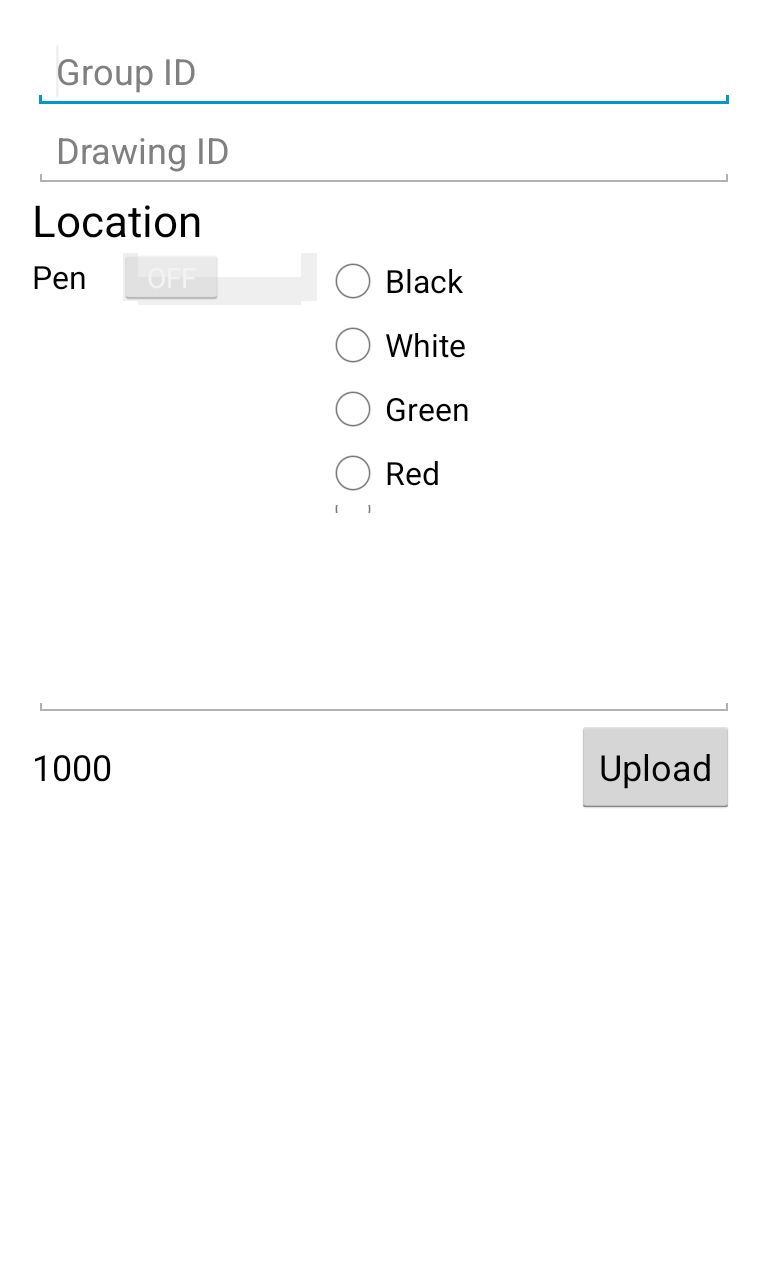
Repository: orsonteodoro/gpsdraw
Layout: gpsdraw/gpsdraw/res/layout/fragment_gpsdraw.xml
The author's editor kept a copy of each file at every save. The layout is drawn from the files as they stood at one save, then again after the next save.
It is drawn on a 768 x 1280 px phone screen (xhdpi) without system bars, with theme AppTheme; the app's code is not run.

Above is the layout before, as saved 2014-05-05 18:15:30.

After the next save:
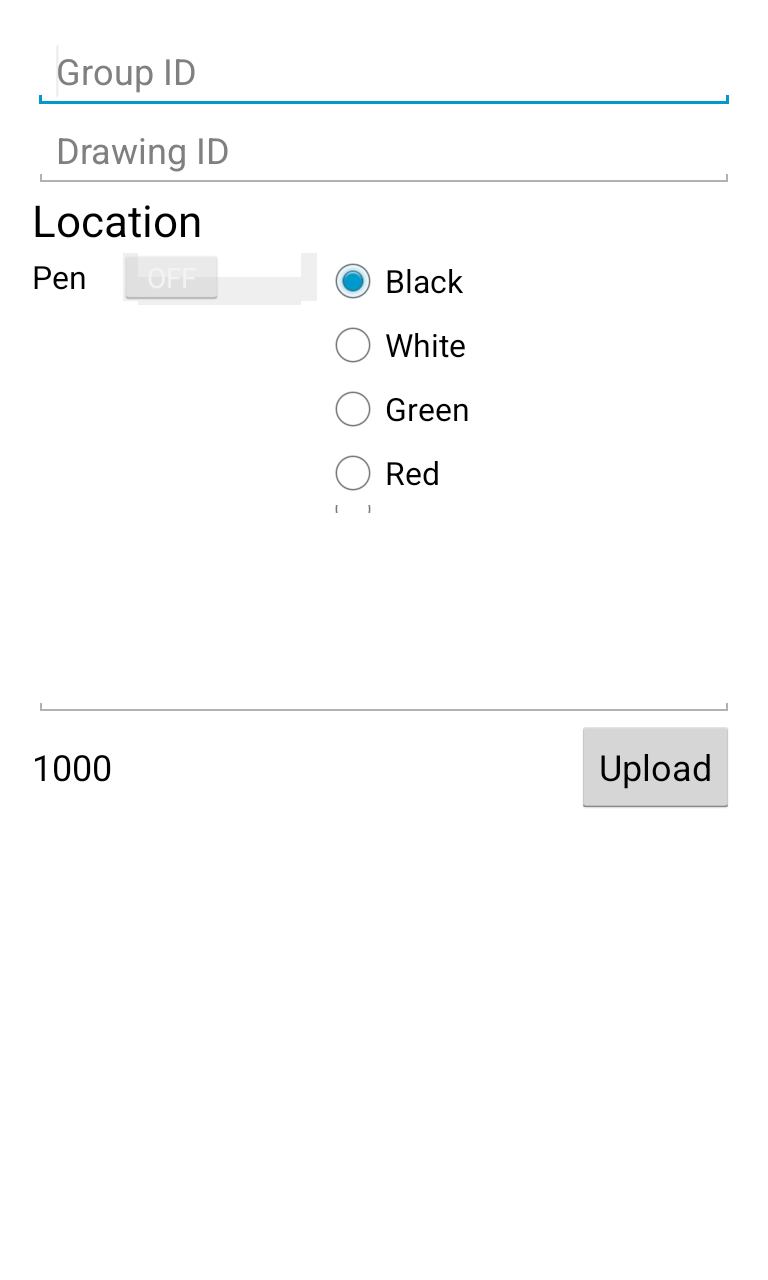
Saved 14 min 27 s later.
--- a/gpsdraw/gpsdraw/res/layout/fragment_gpsdraw.xml
+++ b/gpsdraw/gpsdraw/res/layout/fragment_gpsdraw.xml
@@ -9,6 +9,7 @@
     tools:context="com.example.gpsdraw.GPSDraw$PlaceholderFragment" >
 
     <LinearLayout
+        android:id="@+id/linearLayout1"
         android:layout_width="wrap_content"
         android:layout_height="wrap_content"
         android:layout_alignParentLeft="true"
@@ -48,7 +49,6 @@
                     android:layout_height="wrap_content"
                     android:text="Location"
                     android:textAppearance="?android:attr/textAppearanceLarge" />
-
             </LinearLayout>
 
             <LinearLayout
@@ -66,10 +66,16 @@
                     android:layout_height="match_parent"
                     android:orientation="vertical" >
 
+                    <RadioGroup
+                        android:id="@+id/radioGroup1"
+                        android:layout_width="wrap_content"
+                        android:layout_height="wrap_content" >
+
                     <RadioButton
                         android:id="@+id/RadioButtonColorBlack"
                         android:layout_width="wrap_content"
                         android:layout_height="wrap_content"
+                        android:checked="true"
                         android:text="Black" />
 
                     <RadioButton
@@ -77,6 +83,7 @@
                         android:layout_width="wrap_content"
                         android:layout_height="wrap_content"
                         android:text="White" />
+
 
                     <RadioButton
                         android:id="@+id/RadioButtonColorGreen"
@@ -95,11 +102,9 @@
                         android:layout_width="wrap_content"
                         android:layout_height="wrap_content"
                         android:text="Blue" />
-
+                    </RadioGroup>
                 </LinearLayout>
-
             </LinearLayout>
-
         </LinearLayout>
 
         <EditText
@@ -133,7 +138,6 @@
                 android:layout_height="wrap_content"
                 android:text="Upload" />
         </LinearLayout>
-
     </LinearLayout>
 
 </RelativeLayout>
